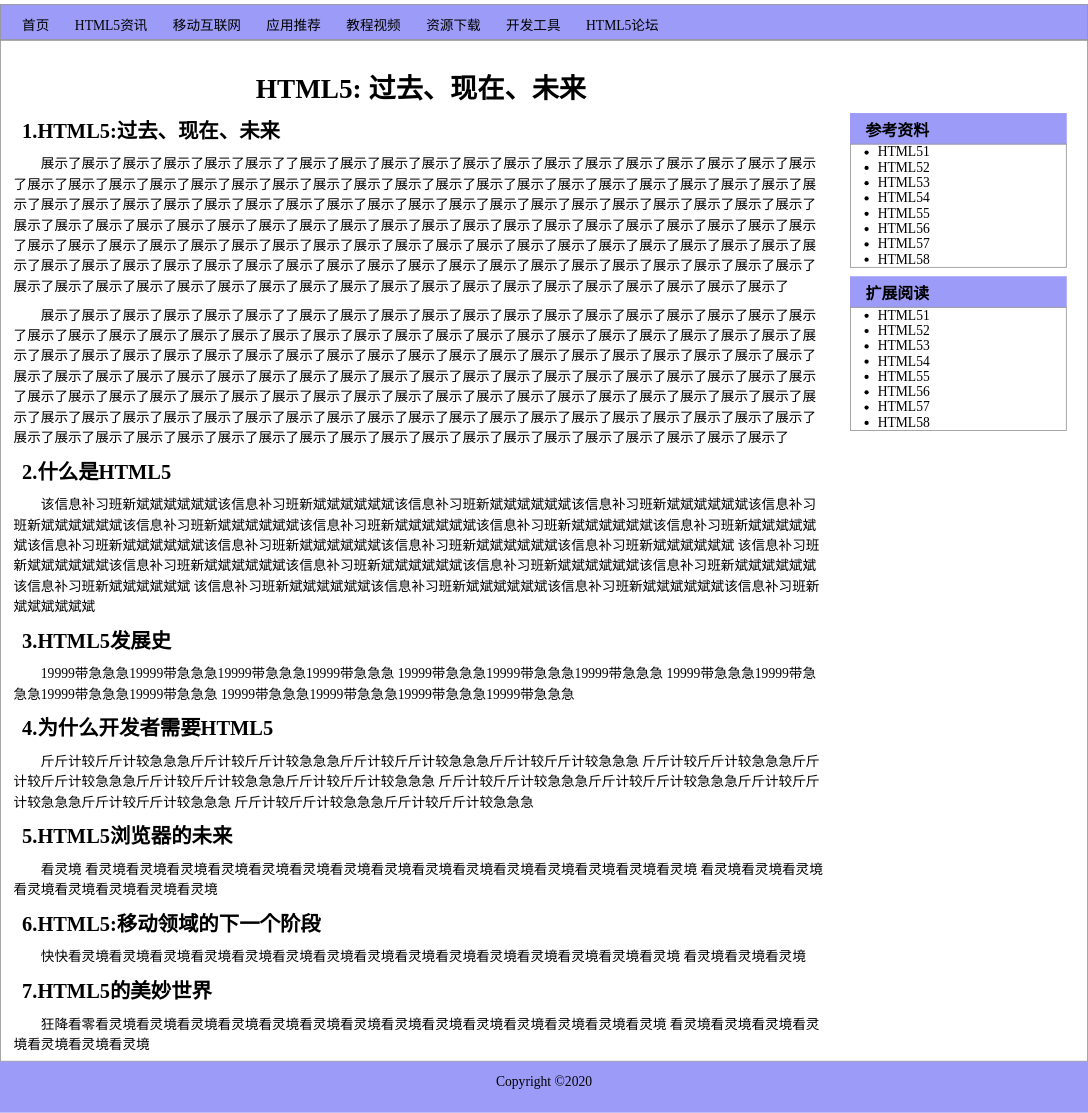
Repository: LstHeart/html-learning
Page: css/案例作业2.html
These files come from the project's save history. The page is drawn as it stood at one moment and after the next save; the edit follows.
The browser window is 1280 px wide. The pictures show the whole page, at 85% of full size.

Above is the page before, as saved 2021-01-05 23:28:44.

### css/案例作业2.html
<!DOCTYPE html>
<html lang="en">
<head>
    <meta charset="UTF-8">
    <meta name="viewport" content="width=device-width, initial-scale=1.0">
    <title>HTML5</title>
    <link rel="stylesheet" href="html5.css">
</head>
<body>
    <div class="header">
        <ul class="head-ul">
            <li>首页</li>
            <li>HTML5资讯</li>
            <li>移动互联网</li>
            <li>应用推荐</li>
            <li>教程视频</li>
            <li>资源下载</li>
            <li>开发工具</li>
            <li>HTML5论坛</li>
        </ul>
    </div>
    <div class="content">

        <div class="leftside">
            <h1>HTML5: 过去、现在、未来</h1>
            <h2>1.HTML5:过去、现在、未来</h2>
            <p>展示了展示了展示了展示了展示了展示了了展示了展示了展示了展示了展示了展示了展示了展示了展示了展示了展示了展示了展示了展示了展示了展示了展示了展示了展示了展示了展示了展示了展示了展示了展示了展示了展示了展示了展示了展示了展示了展示了展示了展示了展示了展示了展示了展示了展示了展示了展示了展示了展示了展示了展示了展示了展示了展示了展示了展示了展示了展示了展示了展示了展示了展示了展示了展示了展示了展示了展示了展示了展示了展示了展示了展示了展示了展示了展示了展示了展示了展示了展示了展示了展示了展示了展示了展示了展示了展示了展示了展示了展示了展示了展示了展示了展示了展示了展示了展示了展示了展示了展示了展示了展示了展示了展示了展示了展示了展示了展示了展示了展示了展示了展示了展示了展示了展示了展示了展示了展示了展示了展示了展示了展示了展示了展示了展示了展示了展示了展示了展示了展示了展示了展示了展示了展示了展示了展示了展示了</p>
            <p>展示了展示了展示了展示了展示了展示了了展示了展示了展示了展示了展示了展示了展示了展示了展示了展示了展示了展示了展示了展示了展示了展示了展示了展示了展示了展示了展示了展示了展示了展示了展示了展示了展示了展示了展示了展示了展示了展示了展示了展示了展示了展示了展示了展示了展示了展示了展示了展示了展示了展示了展示了展示了展示了展示了展示了展示了展示了展示了展示了展示了展示了展示了展示了展示了展示了展示了展示了展示了展示了展示了展示了展示了展示了展示了展示了展示了展示了展示了展示了展示了展示了展示了展示了展示了展示了展示了展示了展示了展示了展示了展示了展示了展示了展示了展示了展示了展示了展示了展示了展示了展示了展示了展示了展示了展示了展示了展示了展示了展示了展示了展示了展示了展示了展示了展示了展示了展示了展示了展示了展示了展示了展示了展示了展示了展示了展示了展示了展示了展示了展示了展示了展示了展示了展示了展示了展示了</p>
            <h2>2.什么是HTML5</h2>
            <p>该信息补习班新斌斌斌斌斌斌该信息补习班新斌斌斌斌斌斌该信息补习班新斌斌斌斌斌斌该信息补习班新斌斌斌斌斌斌该信息补习班新斌斌斌斌斌斌该信息补习班新斌斌斌斌斌斌该信息补习班新斌斌斌斌斌斌该信息补习班新斌斌斌斌斌斌该信息补习班新斌斌斌斌斌斌该信息补习班新斌斌斌斌斌斌该信息补习班新斌斌斌斌斌斌该信息补习班新斌斌斌斌斌斌该信息补习班新斌斌斌斌斌斌
                该信息补习班新斌斌斌斌斌斌该信息补习班新斌斌斌斌斌斌该信息补习班新斌斌斌斌斌斌该信息补习班新斌斌斌斌斌斌该信息补习班新斌斌斌斌斌斌该信息补习班新斌斌斌斌斌斌
                该信息补习班新斌斌斌斌斌斌该信息补习班新斌斌斌斌斌斌该信息补习班新斌斌斌斌斌斌该信息补习班新斌斌斌斌斌斌
            </p>
            <h2>3.HTML5发展史</h2>
            <p>19999带急急急19999带急急急19999带急急急19999带急急急
                19999带急急急19999带急急急19999带急急急
                19999带急急急19999带急急急19999带急急急19999带急急急
                19999带急急急19999带急急急19999带急急急19999带急急急
            </p>
            <h2>4.为什么开发者需要HTML5</h2>
            <p>斤斤计较斤斤计较急急急斤斤计较斤斤计较急急急斤斤计较斤斤计较急急急斤斤计较斤斤计较急急急
                斤斤计较斤斤计较急急急斤斤计较斤斤计较急急急斤斤计较斤斤计较急急急斤斤计较斤斤计较急急急
                斤斤计较斤斤计较急急急斤斤计较斤斤计较急急急斤斤计较斤斤计较急急急斤斤计较斤斤计较急急急
                斤斤计较斤斤计较急急急斤斤计较斤斤计较急急急
            </p>
            <h2>5.HTML5浏览器的未来</h2>
            <p>看灵境
                看灵境看灵境看灵境看灵境看灵境看灵境看灵境看灵境看灵境看灵境看灵境看灵境看灵境看灵境看灵境
                看灵境看灵境看灵境看灵境看灵境看灵境看灵境看灵境
            </p>
            <h2>6.HTML5:移动领域的下一个阶段</h2>
            <p>快快看灵境看灵境看灵境看灵境看灵境看灵境看灵境看灵境看灵境看灵境看灵境看灵境看灵境看灵境看灵境
                看灵境看灵境看灵境
            </p>
            <h2>7.HTML5的美妙世界</h2>
            <p>狂降看零看灵境看灵境看灵境看灵境看灵境看灵境看灵境看灵境看灵境看灵境看灵境看灵境看灵境看灵境
                看灵境看灵境看灵境看灵境看灵境看灵境看灵境
            </p>
        </div>
        <div class="rightside">
            <h3>参考资料</h3>
            <ul>
                <li>HTML51</li>
                <li>HTML52</li>
                <li>HTML53</li>
                <li>HTML54</li>
                <li>HTML55</li>
                <li>HTML56</li>
                <li>HTML57</li>
                <li>HTML58</li>
            </ul>
            <h3>扩展阅读</h3>
            <ul>
                <li>HTML51</li>
                <li>HTML52</li>
                <li>HTML53</li>
                <li>HTML54</li>
                <li>HTML55</li>
                <li>HTML56</li>
                <li>HTML57</li>
                <li>HTML58</li>
            </ul>
        </div>
    </div>
    <div class="footer">
        Copyright &copy;2020
    </div>
</body>
</html>

### css/html5.css
*{
    padding: 0;
    margin: 0;
}
li{
    list-style: none;
}
a{
    text-decoration: none;
}
.header{
    padding-bottom:10px;
    border: 1px solid rgb(151, 151, 151);
}
 .head-ul{
    /* margin: 10px auto; */
    padding-left: 10px;
    padding-bottom: 10px;
    /* background-color: rgb(248, 4, 4); */
    position: absolute;
    overflow: hidden;
}
.header,.footer{
    height: 30px;
    background-color: #3b3bf180;
    margin: 5px 0 auto;
    text-align: center;
}
.header li{
    float: left;
    margin:10px 15px;

}
.content{
    /* background-color:antiquewhite; */
    height: 1200px;
    /* margin: 10px auto; */
    border: 1px solid rgb(151, 151, 151);
    overflow: hidden;
    /* overflow-wrap: break-word; */
}
.content h1{
    text-align: center;
    font-family: '黑体';
    margin-top: 30px;
    margin-bottom: 10px;

}

.content .leftside,.rightside{
    float: left;
    height: 900px;
}
.content .leftside{
    width: 75%;
    margin: 0 10px;
    padding: 0 5px;

}
.content .rightside{
    position: relative;
    margin-top:85px;
    margin-left:10px;
    width: 20%;
}
.content h2{
    /* border:#5a5ac2 1px solid; */
    padding-left: 10px;
}
.content p{
    font-family: '楷体';
    text-indent: 2em;
    margin: 10px 0;
    /* line-height: 1; */
}
.content h3{
    font-family: '黑体';
    /* border: 1px solid #ffffff; */
    background-color: #3b3bf180;
    padding: 5px 1em;
}
.content ul{
    /* background-color: #9ee7e1; */
    border: 1px solid rgb(151, 151, 151);
    margin-top: -1px;
    margin-bottom: 10px;
}
.content ul li{
    list-style:disc;
    margin-left: 2em;
}
.footer{
    margin-top: 0;
    padding: 15px 0;
    vertical-align:middle;
}

After the next save:
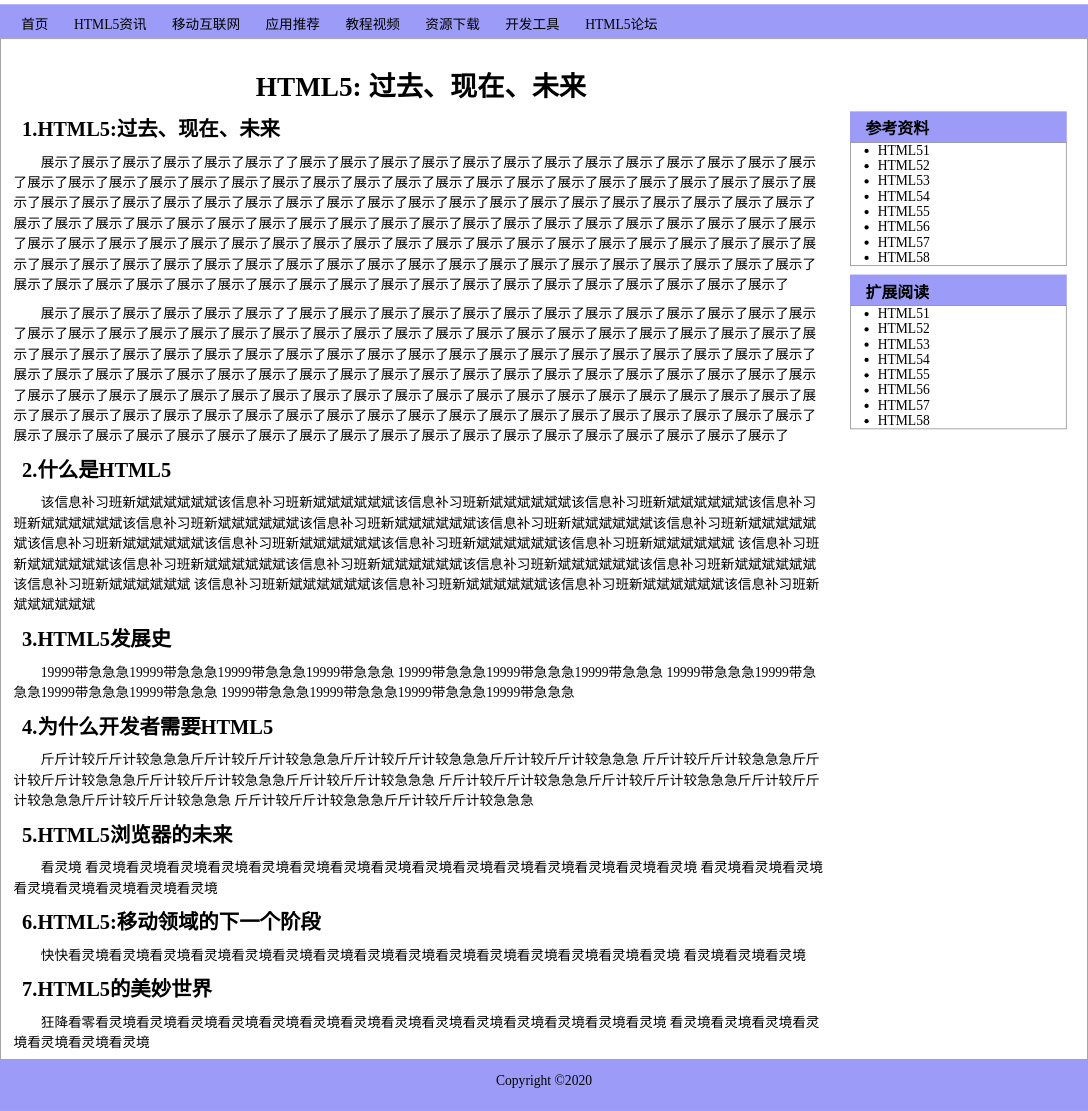
Saved 67 s later.
--- a/css/html5.css
+++ b/css/html5.css
@@ -10,7 +10,6 @@ a{
 }
 .header{
     padding-bottom:10px;
-    border: 1px solid rgb(151, 151, 151);
 }
  .head-ul{
     /* margin: 10px auto; */
